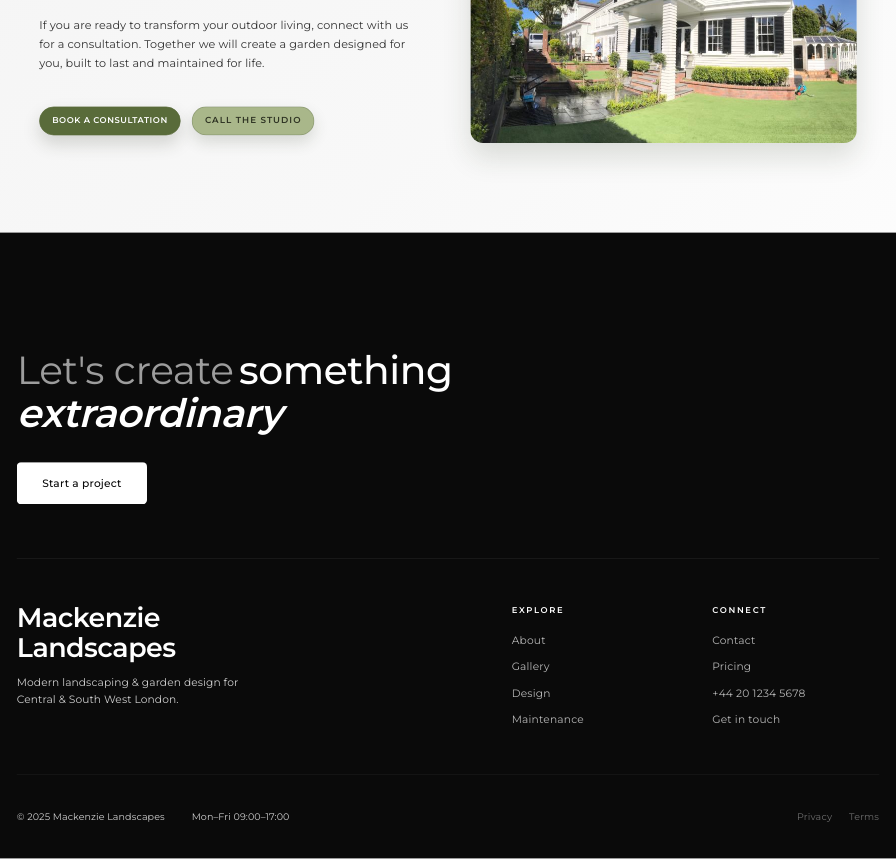
Repository: JoelMann1/MackenzieLandscapes
Page: about.html
An editor plug-in stored every save of this project. The page is shown before and after the next save, followed by the edit.
The browser window is 1280 px wide. The pictures show the part of the page from y = 3035 to 4955 px (the page is 4262 px tall before and 4955 px after), at 70% of full size.
A picture or video elsewhere on the page could not be fetched, so the positions and the page height are approximate.

Above is the page before, as saved 2025-10-22 17:13:21.

### about.html
<!doctype html>
<html lang="en-GB">
<head>
  <meta charset="utf-8" />
  <meta name="viewport" content="width=device-width, initial-scale=1" />
  <title>About us &mdash; Mackenzie Landscapes</title>
  <meta name="description" content="Who we are, how we work, and why homeowners trust us with their gardens.">
  <meta name="theme-color" content="#1B8A64">
  <link rel="canonical" href="https://mackenzielandscapes.uk/about.html">
  <link rel="icon" href="assets/img/favicon.svg" type="image/svg+xml">
  <link rel="stylesheet" href="assets/css/styles.css">
  <meta property="og:title" content="About us &mdash; Mackenzie Landscapes">
  <meta property="og:description" content="Meet the team behind Mackenzie Landscapes and explore our approach to garden design.">
  <meta property="og:type" content="website">
  <meta property="og:url" content="https://mackenzielandscapes.uk/about.html">
  <meta property="og:image" content="https://mackenzielandscapes.uk/assets/img/IMG-4079-768x1024.jpg">
  <meta property="og:locale" content="en_GB">
</head>
<body>
<a class="skip-link" href="#content">Skip to content</a>
<header class="site-header" data-header>
  <div class="nav-inner">
    <a class="logo" href="index.html" aria-label="Mackenzie Landscapes home">
      <svg aria-hidden="true" viewBox="0 0 64 64"><use href="assets/img/favicon.svg#leaf"/></svg>
      <span class="visually-hidden">Mackenzie Landscapes</span>
    </a>
    <nav class="primary-nav" aria-label="Primary">
      <ul class="menu" role="menubar">
        <li class="menu-item"><a role="menuitem" href="index.html">Home</a></li>
        <li class="menu-item"><a role="menuitem" href="about.html">About</a></li>
        <li class="menu-item has-panel" data-menu="services">
          <button class="menu-trigger" type="button" aria-expanded="false" aria-controls="panel-services" role="menuitem">
            Services
          </button>
          <div id="panel-services" class="menu-panel" role="menu" hidden>
            <div class="panel-col" role="none">
              <span class="panel-heading">Design &amp; Planning</span>
              <a role="menuitem" href="concept-and-design.html">Concept &amp; Design</a>
              <a role="menuitem" href="softscaping.html">Softscaping</a>
            </div>
            <div class="panel-col" role="none">
              <span class="panel-heading">Build &amp; Care</span>
              <a role="menuitem" href="hardscaping.html">Hardscaping</a>
              <a role="menuitem" href="tree-care.html">Tree Care</a>
              <a role="menuitem" href="commercial.html">Commercial</a>
              <a role="menuitem" href="maintenance.html">Maintenance</a>
            </div>
          </div>
        </li>
        <li class="menu-item has-panel" data-menu="projects">
          <button class="menu-trigger" type="button" aria-expanded="false" aria-controls="panel-projects" role="menuitem">
            Projects
          </button>
          <div id="panel-projects" class="menu-panel" role="menu" hidden>
            <div class="panel-col" role="none">
              <span class="panel-heading">Featured</span>
              <a role="menuitem" href="gallery.html">Gallery Overview</a>
              <a role="menuitem" href="gallery.html#lighting">Lighting &amp; ambience</a>
            </div>
            <div class="panel-col" role="none">
              <span class="panel-heading">Details</span>
              <a role="menuitem" href="gallery.html#hardscape">Hardscape detailing</a>
              <a role="menuitem" href="gallery.html#planting">Planting inspiration</a>
            </div>
          </div>
        </li>
        <li class="menu-item"><a role="menuitem" href="pricing.html">Pricing</a></li>
      </ul>
    </nav>
    <div class="nav-cta">
      <a class="cta" href="contact.html">Contact Us</a>
      <a class="phone" href="tel:+442012345678">+44 20 1234 5678</a>
    </div>
    <button class="mobile-menu-toggle" type="button" aria-label="Toggle mobile menu" aria-expanded="false" aria-controls="mobile-menu">
      <span class="hamburger-line"></span>
      <span class="hamburger-line"></span>
      <span class="hamburger-line"></span>
    </button>
  </div>
</header>

<!-- Mobile Menu Overlay -->
<div class="mobile-menu" id="mobile-menu" aria-hidden="true">
  <div class="mobile-menu__inner">
    <nav class="mobile-nav" aria-label="Mobile navigation">
      <ul class="mobile-menu__list">
        <li class="mobile-menu__item">
          <a href="index.html" class="mobile-menu__link">Home</a>
        </li>
        <li class="mobile-menu__item">
          <a href="about.html" class="mobile-menu__link">About</a>
        </li>
        <li class="mobile-menu__item mobile-menu__item--has-submenu">
          <button class="mobile-menu__link mobile-submenu-toggle" type="button" aria-expanded="false">
            Services
            <svg class="submenu-arrow" width="12" height="12" viewBox="0 0 12 12" fill="none">
              <path d="M2 4L6 8L10 4" stroke="currentColor" stroke-width="2" stroke-linecap="round"/>
            </svg>
          </button>
          <ul class="mobile-submenu">
            <li><a href="concept-and-design.html">Concept &amp; Design</a></li>
            <li><a href="softscaping.html">Softscaping</a></li>
            <li><a href="hardscaping.html">Hardscaping</a></li>
            <li><a href="tree-care.html">Tree Care</a></li>
            <li><a href="commercial.html">Commercial</a></li>
            <li><a href="maintenance.html">Maintenance</a></li>
          </ul>
        </li>
        <li class="mobile-menu__item mobile-menu__item--has-submenu">
          <button class="mobile-menu__link mobile-submenu-toggle" type="button" aria-expanded="false">
            Projects
            <svg class="submenu-arrow" width="12" height="12" viewBox="0 0 12 12" fill="none">
              <path d="M2 4L6 8L10 4" stroke="currentColor" stroke-width="2" stroke-linecap="round"/>
            </svg>
          </button>
          <ul class="mobile-submenu">
            <li><a href="gallery.html">Gallery Overview</a></li>
            <li><a href="gallery.html#residential">Residential Gardens</a></li>
            <li><a href="gallery.html#lighting">Lighting Schemes</a></li>
            <li><a href="gallery.html#hardscape">Hardscape Detailing</a></li>
          </ul>
        </li>
        <li class="mobile-menu__item">
          <a href="pricing.html" class="mobile-menu__link">Pricing</a>
        </li>
      </ul>
      <div class="mobile-menu__cta">
        <a class="mobile-cta-btn" href="contact.html">Contact Us</a>
        <a class="mobile-phone" href="tel:+442012345678">+44 20 1234 5678</a>
      </div>
    </nav>
  </div>
</div>
<main id="content"><section class="section section--about-preview"><div class="container about-preview"><div class="about-preview__copy" data-reveal><p class="eyebrow eyebrow--sage">About us</p><h1 class="section-title section-title--display">Meet Mackenzie Landscapes</h1><p>At Mackenzie Landscapes we believe your outdoor space is an extension of your home&mdash;a place to relax, entertain and connect with nature. Every garden we shape is designed to feel calm, functional and deeply personal.</p><p>Founded by a new generation of landscaping professionals, our vision blends refined design with practical craftsmanship so the spaces we deliver feel timeless and live beautifully.</p><div class="about-preview__actions"><a class="btn btn--primary" href="contact.html">Start a consultation</a><a class="btn btn--secondary" href="gallery.html"><span data-alt="View our work">View our work</span></a></div></div><div class="about-preview__media" data-reveal><figure class="about-preview__feature"><img src="assets/img/IMG_4568.jpg" alt="Detailed craftsmanship in garden construction"></figure><div class="about-preview__stack"><img src="assets/img/IMG_7138.jpg" alt="Garden design and planting details"><img src="assets/img/IMG_2052.JPG" alt="Planting and garden design details"></div></div></div></section><div id="header-sentinel" aria-hidden="true"></div>

<section class="section section">
  <div class="container split split--reverse">
    <div data-reveal>
      <div class="story-gallery">
        <figure class="story-gallery__main">
          <img src="assets/img/IMG-4079-768x1024.jpg" alt="Professional landscaping work">
        </figure>
      </div>
    </div>
    <div data-reveal>
      <h2 class="section-title">Our Story</h2>
      <p>Mackenzie Landscapes was founded on a deep connection to the outdoors, shaped by a New Zealand upbringing surrounded by natural beauty and hands-on garden-making. From early on, our founder understood that exceptional landscape design is about more than plants and paving&mdash;it's about atmosphere, purpose, and flow.</p>
      <p>After working with high-end landscaping teams across New Zealand, the UK, and further abroad, and studying landscape architecture, we brought that global experience and design-led approach to London. Today, we serve Central, South West, and Greater London with a commitment to meticulous craftsmanship, creativity, and care.</p>
      <p>Our approach to landscape design is guided by the relationship between structure and softness&mdash;the clean lines of built forms paired with the natural flow of planting. Inspired by the balance between order and organic movement, where defined geometry meets layered, seasonal borders.</p>
      <p>Planting is never an afterthought; it's a key design tool. Through thoughtful combinations, we use plants to lift and transform a space&mdash;adding depth, texture, and rhythm that evolves over time.</p>
      <p>At Mackenzie Landscapes, every garden is a response to its surroundings. The goal is always the same: to create spaces that feel effortless, grounded, and alive&mdash;where architecture and nature coexist in harmony.</p>
    </div>
  </div>
</section>

<section class="section section--values">
  <div class="container values">
    <div class="values__intro" data-reveal>
      <h2 class="section-title">What We Stand For</h2>
      <p>Our design philosophy is rooted in the relationship between structure and softness, where built forms and natural planting create spaces that feel both intentional and alive.</p>
    </div>
    <div class="values__cards" data-reveal>
      <article class="values-item">
        <span class="values-item__icon" aria-hidden="true">
          <svg viewBox="0 0 32 32" fill="none" stroke="currentColor" stroke-width="1.6" stroke-linecap="round" stroke-linejoin="round">
            <path d="M6 24.5v-9L16 7l10 8.5v9" />
            <path d="M13 20c0-1.657 1.343-3 3-3s3 1.343 3 3-1.343 3-3 3-3-1.343-3-3Z" />
            <path d="M6 24.5h20" />
          </svg>
        </span>
        <h3>Structure &amp; Softness</h3>
        <p>We balance the clean lines of built forms with the natural flow of planting. Every garden is a dialogue between defined geometry and organic movement&mdash;where hardscape and horticulture work in harmony.</p>
      </article>
      <article class="values-item">
        <span class="values-item__icon" aria-hidden="true">
          <svg viewBox="0 0 32 32" fill="none" stroke="currentColor" stroke-width="1.6" stroke-linecap="round" stroke-linejoin="round">
            <path d="M16 2v28M2 16h28M8 8l16 16M24 8l-16 16" />
          </svg>
        </span>
        <h3>Planting as Design</h3>
        <p>Planting is never an afterthought. We use thoughtful plant combinations to lift and transform a space, adding depth, texture and rhythm that evolves through the seasons. Each selection serves both aesthetic and ecological purpose.</p>
      </article>
      <article class="values-item">
        <span class="values-item__icon" aria-hidden="true">
          <svg viewBox="0 0 32 32" fill="none" stroke="currentColor" stroke-width="1.6" stroke-linecap="round" stroke-linejoin="round">
            <path d="M16 26c5.523 0 10-4.03 10-9 0-5.802-4.477-11-10-11-3.756 0-6.608 1.92-8.5 4.8" />
            <path d="M6 19c0 4.08 3.268 7 7.5 7 3.59 0 6.5-2.91 6.5-6.5 0-3.037-2.463-5.5-5.5-5.5-2.177 0-4 1.823-4 4 0 1.657 1.343 3 3 3s3-1.343 3-3" />
          </svg>
        </span>
        <h3>Spaces That Belong</h3>
        <p>Every garden is a response to its surroundings. We create outdoor spaces that feel effortless and grounded&mdash;where architecture and nature coexist in harmony, shaped by our New Zealand heritage and London expertise.</p>
      </article>
    </div>
  </div>
</section>





<section class="section alt">
  <div class="container">
    <div class="cta-section" data-reveal>
      <div class="cta-section__content">
        <h2 class="section-title">Let&rsquo;s Get Started</h2>
        <p>If you are ready to transform your outdoor living, connect with us for a consultation. Together we will create a garden designed for you, built to last and maintained for life.</p>
        <div class="cta-section__actions">
          <a class="btn btn--primary" href="contact.html">Book a consultation</a>
          <a class="btn btn--secondary" href="tel:+442012345678"><span data-alt="Call the studio">Call the studio</span></a>
        </div>
      </div>
      <figure class="cta-section__image" data-reveal>
        <img src="assets/img/IMG_7538-768x386.jpeg" alt="Beautiful garden space ready for consultation">
      </figure>
    </div>
  </div>
</section>

</main>
<footer class="site-footer">
  <div class="container">
    <div class="footer-hero">
      <h2 class="footer-hero__title">
        <span class="footer-hero__line" data-footer-line>Let's create</span>
        <span class="footer-hero__line footer-hero__line--large" data-footer-line>something</span>
        <span class="footer-hero__line footer-hero__line--accent" data-footer-line>extraordinary</span>
      </h2>
      <div class="footer-hero__cta" data-footer-fade>
        <a href="contact.html" class="footer-cta-btn">Start a project</a>
      </div>
    </div>

    <div class="footer-content">
      <div class="footer-main">
        <div class="footer-brand" data-footer-fade>
          <h3>Mackenzie<br>Landscapes</h3>
          <p>Modern landscaping &amp; garden design for Central &amp; South West London.</p>
        </div>

        <nav class="footer-nav" aria-label="Footer navigation" data-footer-fade>
          <div class="footer-nav__col">
            <h4>Explore</h4>
            <ul>
              <li><a href="about.html">About</a></li>
              <li><a href="gallery.html">Gallery</a></li>
              <li><a href="concept-and-design.html">Design</a></li>
              <li><a href="maintenance.html">Maintenance</a></li>
            </ul>
          </div>
          <div class="footer-nav__col">
            <h4>Connect</h4>
            <ul>
              <li><a href="contact.html">Contact</a></li>
              <li><a href="pricing.html">Pricing</a></li>
              <li><a href="tel:+442012345678">+44 20 1234 5678</a></li>
              <li><a href="mailto:hello@mackenzielandscapes.co.uk">Get in touch</a></li>
            </ul>
          </div>
        </nav>
      </div>

      <div class="footer-bottom" data-footer-fade>
        <div class="footer-meta">
          <p>&copy; <span id="year"></span> Mackenzie Landscapes</p>
          <p>Mon&ndash;Fri 09:00&ndash;17:00</p>
        </div>
        <div class="footer-legal">
          <a href="#">Privacy</a>
          <a href="#">Terms</a>
        </div>
      </div>
    </div>
  </div>
</footer>
<script src="assets/js/main.js"></script>
</body>
</html>

Loaded but not shown: assets/js/main.js (486 lines, source omitted); assets/css/styles.css (3231 lines, source omitted)

After the next save:
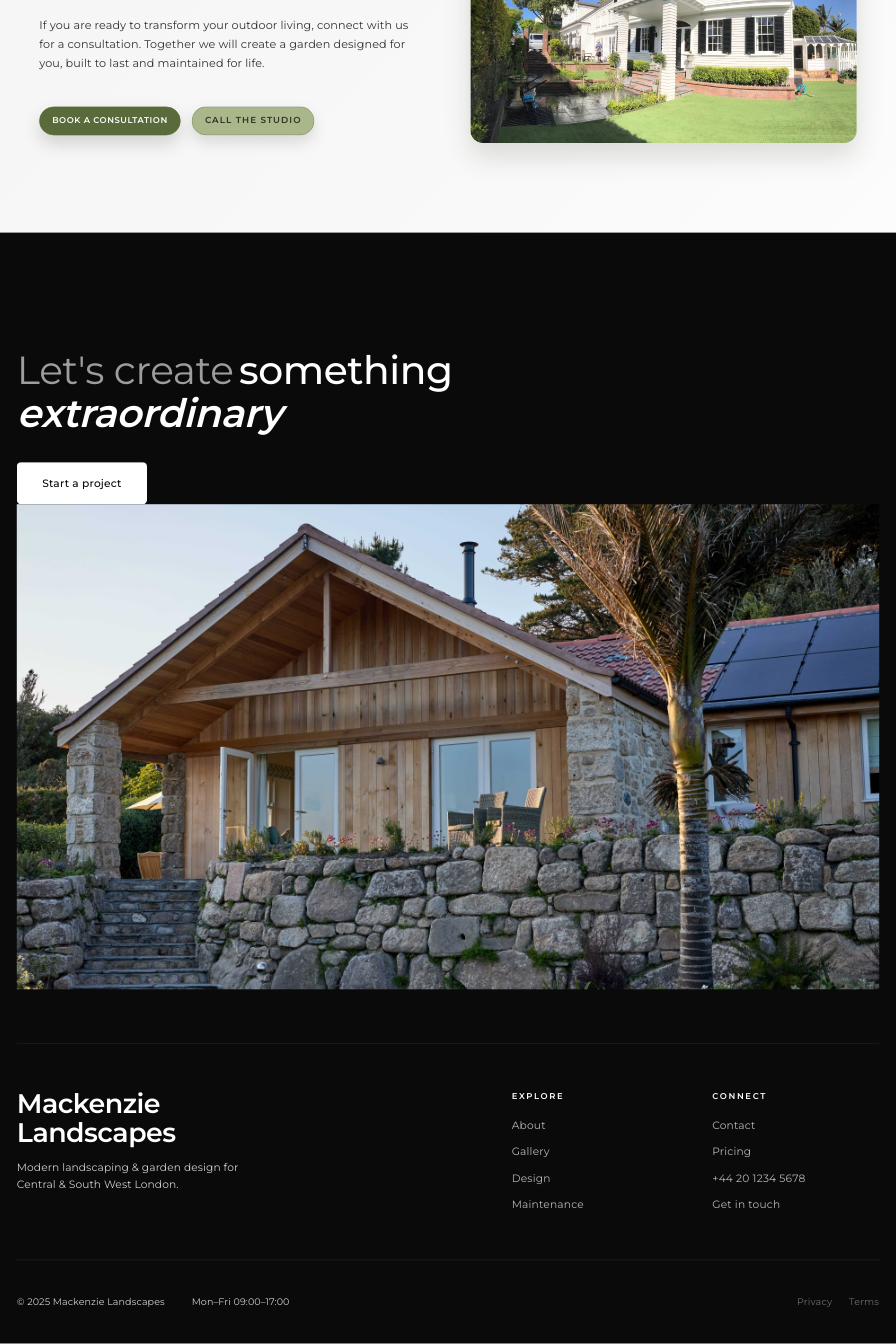
Saved 37 s later.
--- a/about.html
+++ b/about.html
@@ -219,14 +219,19 @@
 </main>
 <footer class="site-footer">
   <div class="container">
-    <div class="footer-hero">
-      <h2 class="footer-hero__title">
-        <span class="footer-hero__line" data-footer-line>Let's create</span>
-        <span class="footer-hero__line footer-hero__line--large" data-footer-line>something</span>
-        <span class="footer-hero__line footer-hero__line--accent" data-footer-line>extraordinary</span>
-      </h2>
-      <div class="footer-hero__cta" data-footer-fade>
-        <a href="contact.html" class="footer-cta-btn">Start a project</a>
+    <div class="footer-hero footer-hero--with-image">
+      <div class="footer-hero__content">
+        <h2 class="footer-hero__title">
+          <span class="footer-hero__line" data-footer-line>Let's create</span>
+          <span class="footer-hero__line footer-hero__line--large" data-footer-line>something</span>
+          <span class="footer-hero__line footer-hero__line--accent" data-footer-line>extraordinary</span>
+        </h2>
+        <div class="footer-hero__cta" data-footer-fade>
+          <a href="contact.html" class="footer-cta-btn">Start a project</a>
+        </div>
+      </div>
+      <div class="footer-hero__image" data-footer-fade>
+        <img src="assets/img/Racket-Town-Cottage-Tresco-42.jpg" alt="Mackenzie Landscapes project">
       </div>
     </div>
 
